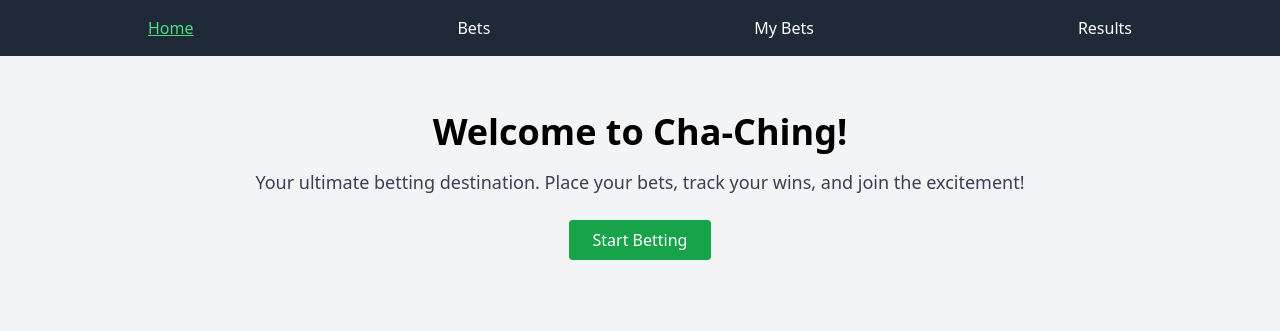
Repository: PEEZYBEE/cha-ching
Page: /
The author's editor kept a copy of each file at every save. The page is drawn from the files as they stood at one save, then again after the next save.
The browser window is 1280 px wide. The pictures show the whole page.
The project was rebuilt for these pictures with package versions that can differ from the ones it lists, and the page was loaded fresh each time. Also part of the build but not shown: vite.config.js, src/components/MatchCard.jsx, src/components/BetForm.jsx, src/pages/BetsPage.jsx, src/pages/MyBetsPage.jsx, src/pages/ResultsPage.jsx.

Above is the page before, as saved 2025-04-20 02:38:00.

### src/main.jsx
import { StrictMode } from "react"
import { createRoot } from "react-dom/client"
import { BrowserRouter } from "react-router-dom"
import App from "./App"
import "./index.css"

createRoot(document.getElementById("root")).render(
  <StrictMode>
    <BrowserRouter>
      <App />
    </BrowserRouter>
  </StrictMode>
)

### src/App.jsx
import { useState } from "react";
import { Routes, Route } from "react-router-dom";
import Navbar from "./components/Navbar";
import HomePage from "./pages/HomePage";
import BetsPage from "./pages/BetsPage";
import MyBetsPage from "./pages/MyBetsPage";
import ResultsPage from "./pages/ResultsPage";
import { ToastContainer } from "react-toastify";
import "react-toastify/dist/ReactToastify.css";


export default function App() {
  const [myBets, setMyBets] = useState([]);

  function handlePlaceBet(bet) {
    setMyBets((prevBets) => [...prevBets, bet]);
  }

  return (
    <div className="min-h-screen bg-gray-100">
      <Navbar />
      <div className="p-6">
        <Routes>
          <Route path="/" element={<HomePage />} />
          <Route path="/bets" element={<BetsPage onPlaceBet={handlePlaceBet} />} />
          <Route path="/my-bets" element={<MyBetsPage myBets={myBets} />} />
          <Route path="/results" element={<ResultsPage />} />
        </Routes>
        <ToastContainer position="top-right" autoClose={3000} />
      </div>
    </div>
  );
}

### src/components/Navbar.jsx
import { NavLink } from "react-router-dom";

const linkClasses = ({ isActive }) =>
  isActive ? "underline text-green-400" : "hover:underline";

export default function Navbar() {
  return (
    <nav className="bg-gray-800 text-white p-4 flex justify-around">
      <NavLink to="/" className={linkClasses}>Home</NavLink>
      <NavLink to="/bets" className={linkClasses}>Bets</NavLink>
      <NavLink to="/my-bets" className={linkClasses}>My Bets</NavLink>
      <NavLink to="/results" className={linkClasses}>Results</NavLink>
    </nav>
  );
}

### src/pages/HomePage.jsx
export default function HomePage() {
    return (
      <div className="p-8 text-center">
        <h1 className="text-4xl font-bold mb-4">Welcome to Cha-Ching!</h1>
        <p className="text-lg mb-6 text-gray-700">
          Your ultimate betting destination. Place your bets, track your wins, and join the excitement!
        </p>
        <button className="bg-green-600 text-white px-6 py-2 rounded hover:bg-green-700 transition">
          Start Betting
        </button>
      </div>
    );
  }

Loaded but not shown: index.html (common file); src/index.css (common file); tailwind.config.js (common file)

After the next save:
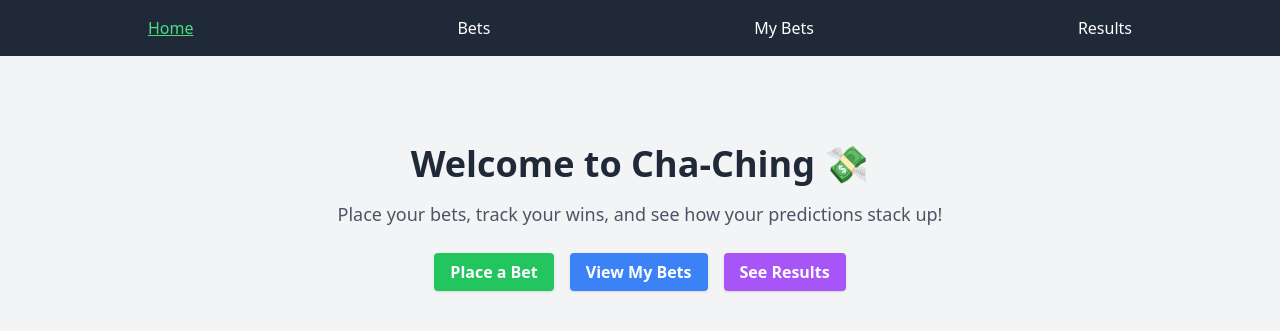
Saved 2 min 56 s later.
--- a/src/pages/HomePage.jsx
+++ b/src/pages/HomePage.jsx
@@ -1,13 +1,30 @@
 export default function HomePage() {
     return (
-      <div className="p-8 text-center">
-        <h1 className="text-4xl font-bold mb-4">Welcome to Cha-Ching!</h1>
-        <p className="text-lg mb-6 text-gray-700">
-          Your ultimate betting destination. Place your bets, track your wins, and join the excitement!
+      <div className="text-center mt-16">
+        <h1 className="text-4xl font-bold text-gray-800 mb-4">Welcome to Cha-Ching 💸</h1>
+        <p className="text-lg text-gray-600 mb-8">
+          Place your bets, track your wins, and see how your predictions stack up!
         </p>
-        <button className="bg-green-600 text-white px-6 py-2 rounded hover:bg-green-700 transition">
-          Start Betting
-        </button>
+        <div className="space-x-4">
+          <a
+            href="/bets"
+            className="bg-green-500 hover:bg-green-600 text-white font-semibold py-2 px-4 rounded shadow"
+          >
+            Place a Bet
+          </a>
+          <a
+            href="/my-bets"
+            className="bg-blue-500 hover:bg-blue-600 text-white font-semibold py-2 px-4 rounded shadow"
+          >
+            View My Bets
+          </a>
+          <a
+            href="/results"
+            className="bg-purple-500 hover:bg-purple-600 text-white font-semibold py-2 px-4 rounded shadow"
+          >
+            See Results
+          </a>
+        </div>
       </div>
     );
   }
